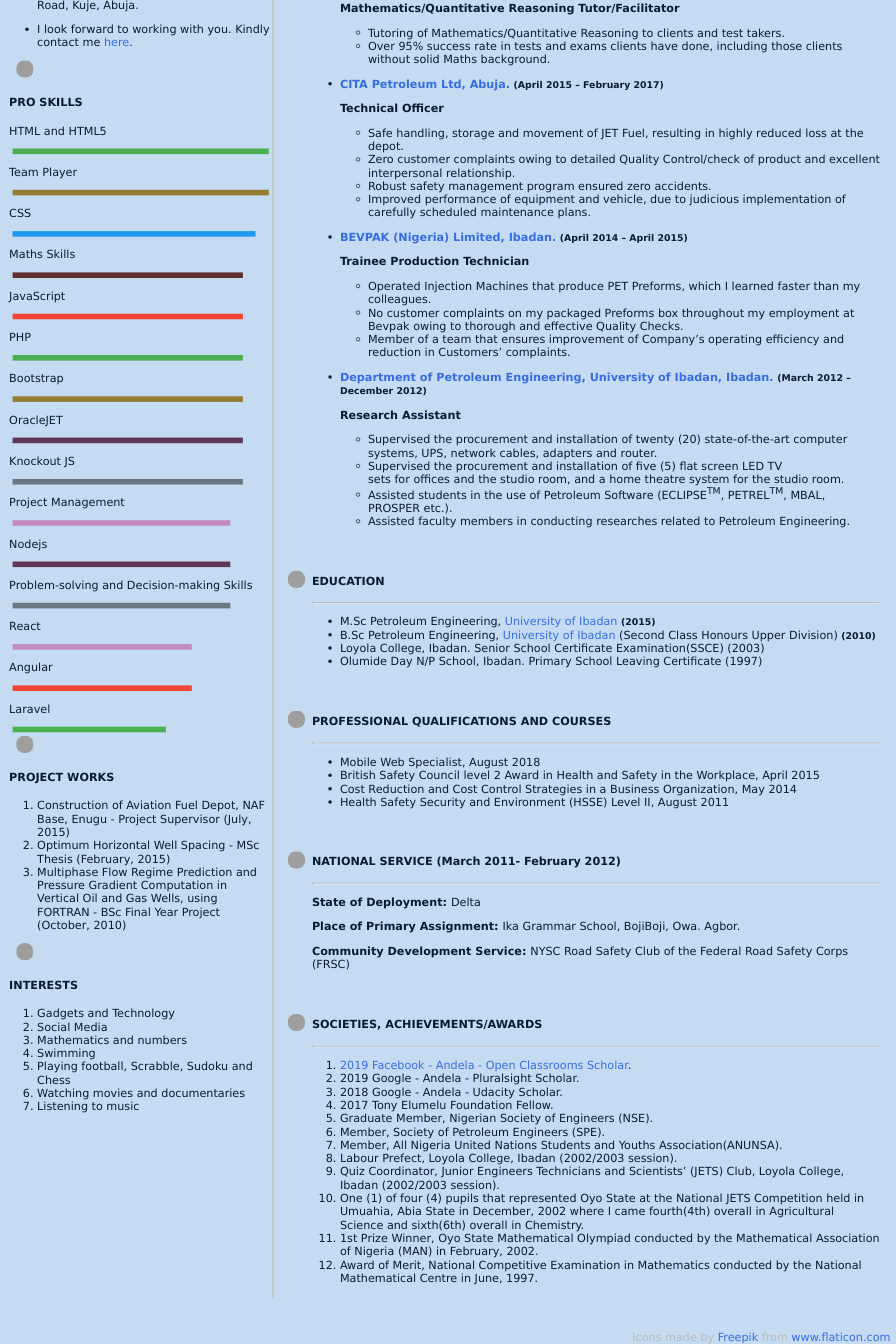
Repository: idmcalculus/DamilolaCV
Page: index.html
These files come from the project's save history. The page is drawn as it stood at one moment and after the next save; the edit follows.
The browser window is 1280 px wide. The pictures show the part of the page from y = 653 to 2573 px (the page is 2573 px tall), at 70% of full size.
Pictures or frames that could not be fetched are drawn as grey boxes.

Above is the page before, as saved 2019-11-29 03:15:30.

After the next save:
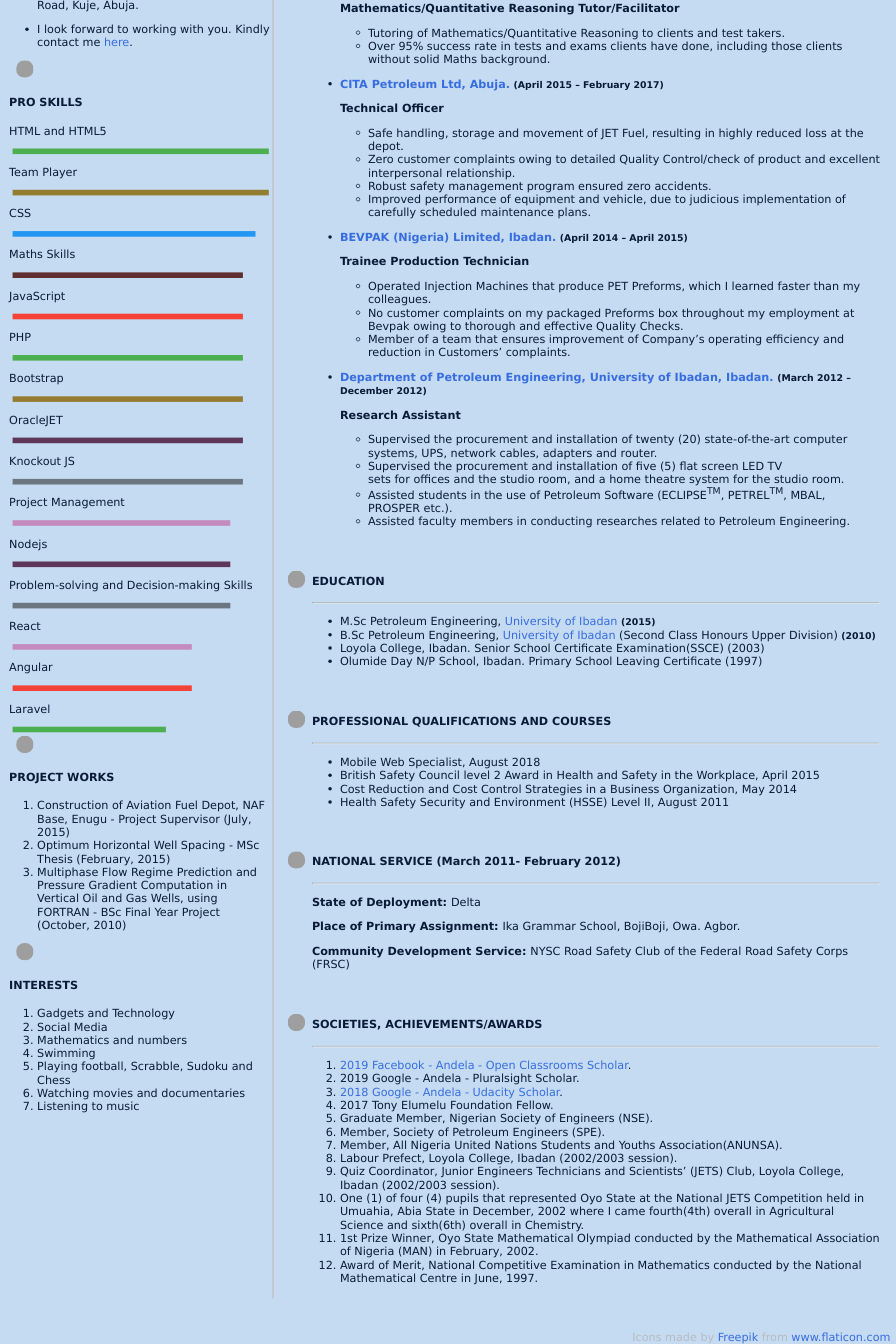
Saved 17 min 0 s later.
--- a/index.html
+++ b/index.html
@@ -373,7 +373,7 @@
                 <ol>
                     <li><a href="OCcerts.html" target="_blank">2019 Facebook - Andela - Open Classrooms Scholar</a>.</li>
                     <li>2019 Google - Andela - Pluralsight Scholar.</li>
-                    <li>2018 Google - Andela - Udacity Scholar.</li>
+                    <li><a href="https://res-console.cloudinary.com/idmcalculus/thumbnails/v1/image/upload/v1567671614/YWxjX3YzX2NlcnRzX2dvb2dsZV93c2NfZGFtaWxvbGFJZ2VfYmZlOTA3ZGYtMTUwNy00OTkxLWEwZGYtZjZjNDhmODljODFkX2dkODJwYw==/preview" target="_blank">2018 Google - Andela - Udacity Scholar</a>.</li>
                     <li>2017 Tony Elumelu Foundation Fellow.</li>
                     <li>Graduate Member, Nigerian Society of Engineers (NSE).</li>
                     <li>Member, Society of Petroleum Engineers (SPE).</li>
